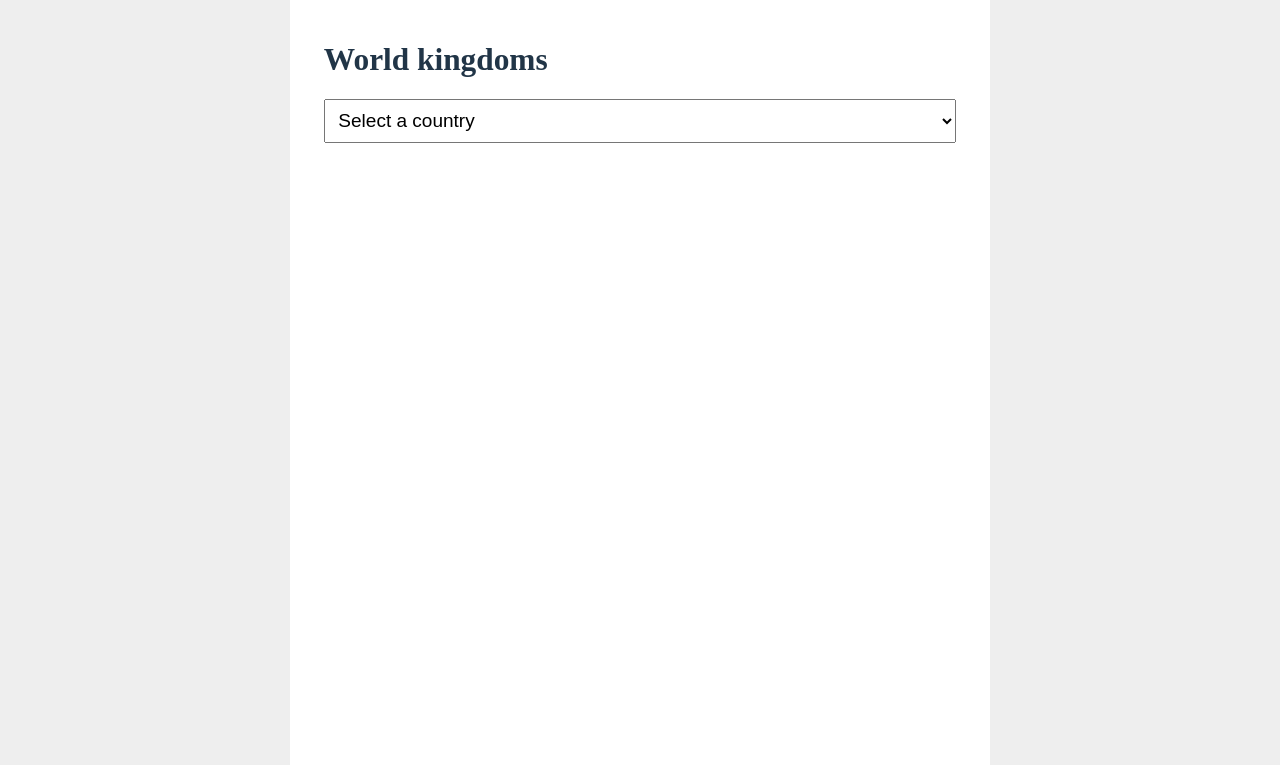
Repository: SamanthaYan298/my_world_kingdoms
Page: /
An editor plug-in stored every save of this project. The page is shown before and after the next save, followed by the edit.
The browser window is 1280 px wide. The pictures show the whole page.
The page's requests for data from a server got no answer. The project was rebuilt for these pictures with package versions that can differ from the ones it lists, and the page was loaded fresh each time. No one was signed in, and anything a server would have sent is missing. Also part of the build but not shown: vite.config.js, components/Details.jsx.

Above is the page before, as saved 2024-11-24 17:17:11.

### src/App.jsx
import { useEffect, useState } from 'react'
import './App.css'
import { BrowserRouter, Routes, Route } from 'react-router-dom';
import Countries from '../components/Countries';
import Details from '../components/Details';

function App() {
  return (
    <BrowserRouter>
      <Routes>
        <Route path="/" element={<Countries />} />
        <Route path="/countries/:cca2" element={<Details />} />
      </Routes>
    </BrowserRouter>
  );
}

export default App

### src/App.css
#root {
  width: 100%;
  height: 100%;
  margin: 0 auto;
  padding: 0 2rem;
  text-align: center;
  background-color: #eee;
  font-family: "DM Serif Text", serif;
  font-weight: 400;
  font-style: normal;
}

h1 {
  display: block;
  margin-block-start: 0.67em;
  margin-block-end: 0.67em;
  margin-inline-start: 0px;
  margin-inline-end: 0px;
  font-weight: bold;
  unicode-bidi: isolate;
  text-align: left;
  font-size: 1.4em;
}

.countries {
  width: 52%;
  background: #fff;
  margin: 0 auto;
  padding: 1em 1.5em;
  height: 100vh;
  text-align: left;
  font-size: 1.4em;
}

img {
  width: 50%;
}

p {
  padding: 0;
}

select {
  font-size: 0.85em;
  padding: .5em;
  display: inline-block;
  width: 100%;
}

### components/Countries.jsx
import '../src/App.css'
import { useEffect, useState} from 'react'
import { useNavigate, useLocation } from 'react-router-dom';
import React from 'react';
import Details from './Details';


export default function Countries() {

  const [query, setQuery] = useState('');
  const [countries, setCountries] = useState([]);
  const [fetchStatus, setFetchStatus] = useState('idle');
  const navigate = useNavigate();
  const [selectedCountry, setSelectedCountry] = useState(null);
  const { state: name } = useLocation();

  // load data on mount - only load once
  useEffect(() => {
    const url = ` https://restcountries.com/v3.1/name/kingdom`;

    async function fetchData() {
      let response, data;
      try{
        setFetchStatus('loading');
        response = await fetch(url);
        data = await response.json();
        setCountries(data);
        setFetchStatus('idle');
      } catch(e) {
        setFetchStatus('error');
        console.error(e.message);
      }
    }

    fetchData();

  }, [query]);


  const handleCountryClick = (cca2) => {
    const selectedCountry = countries.find(country => country.cca2 === cca2);
    setSelectedCountry(selectedCountry);
  };


    return (
      <div className='countries'>
       <h1>World kingdoms</h1>
       {name && <h1>{country.name}</h1>}
        <div className='outer-container'>
          <select id="countries" onChange={(e) => handleCountryClick(e.target.value)}>
            <option>Select a country</option>
            {countries.map(country => (
              <option key={country.cca2} value={country.cca2}>{country.name.common}</option>
            ))}
          </select>

          {selectedCountry && <Details country={selectedCountry} />}
        </div>
      </div>
    );
  }

Loaded but not shown: index.html (common file); src/main.jsx (common file); src/index.css (common file)

After the next save:
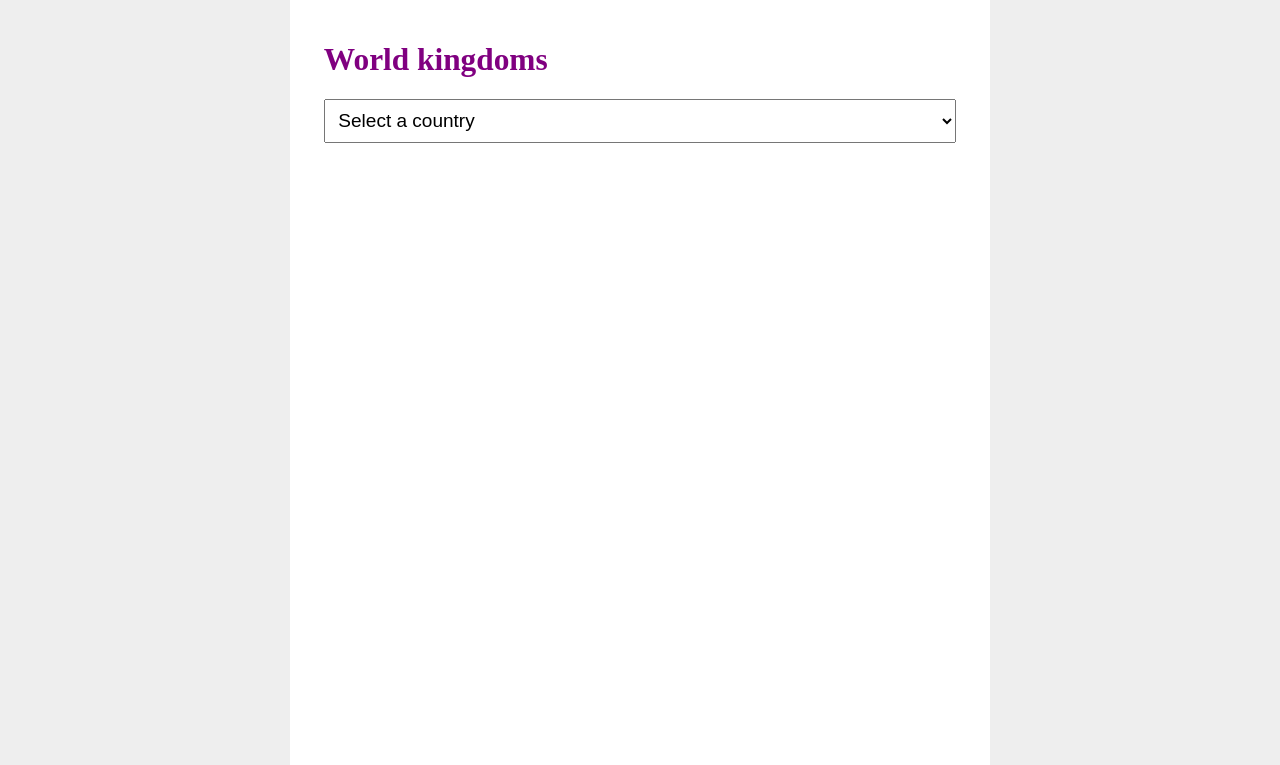
Saved 45 s later.
--- a/src/App.css
+++ b/src/App.css
@@ -20,6 +20,7 @@
   unicode-bidi: isolate;
   text-align: left;
   font-size: 1.4em;
+  color: purple;
 }
 
 .countries {

After the save that followed:
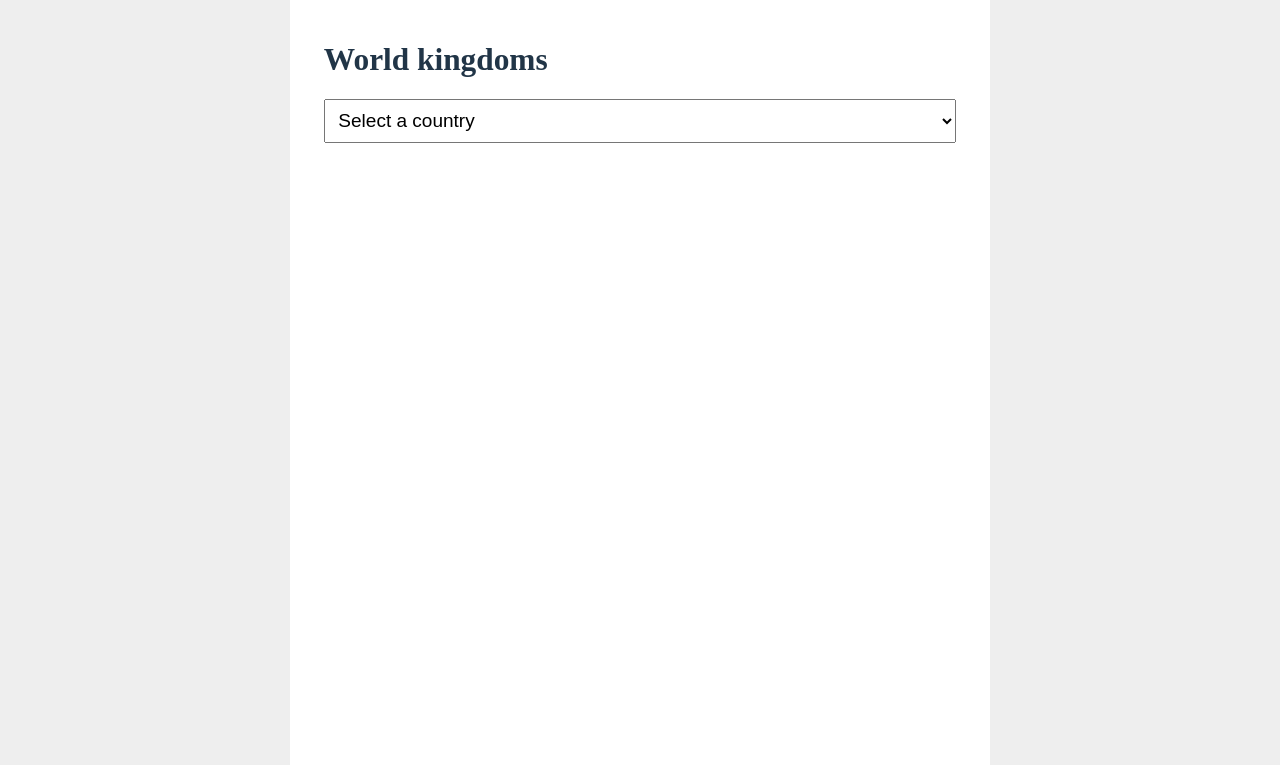
Saved 35 s later.
--- a/src/App.css
+++ b/src/App.css
@@ -20,6 +20,9 @@
   unicode-bidi: isolate;
   text-align: left;
   font-size: 1.4em;
+}
+
+.name {
   color: purple;
 }
 
